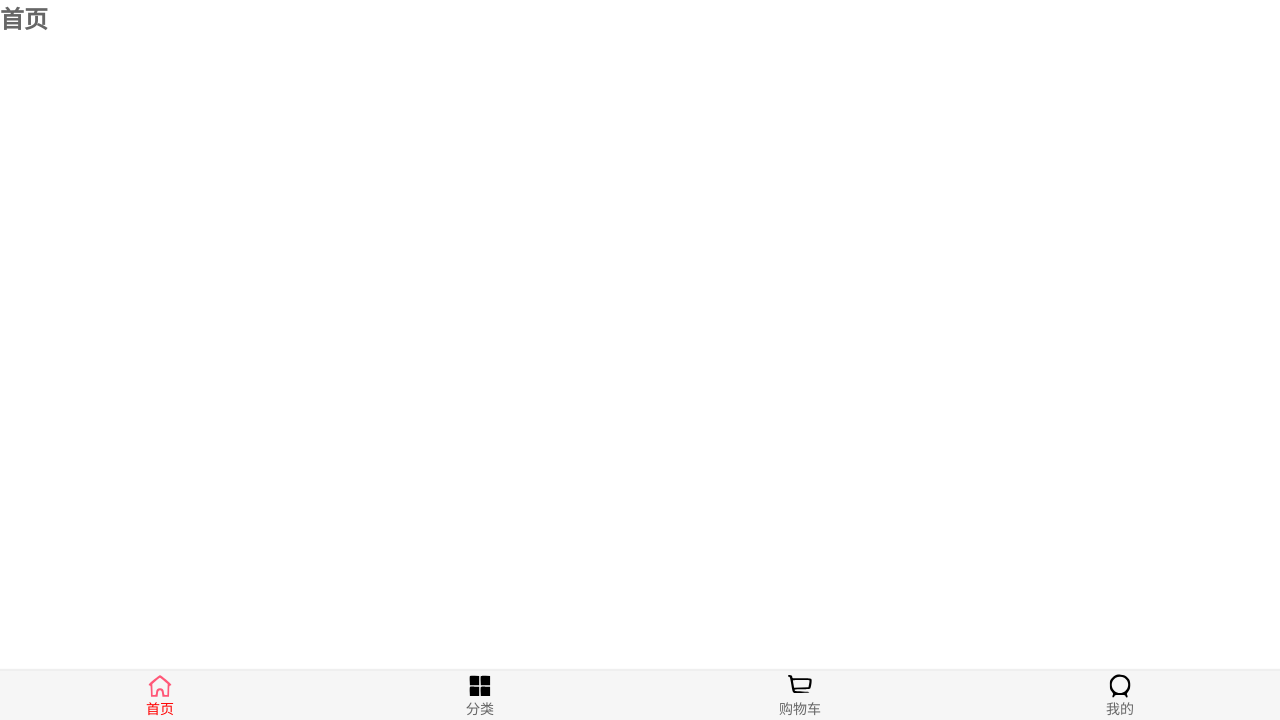
Repository: pumbaaWen/testmall
Page: /
An editor plug-in stored every save of this project. The page is shown before and after the next save, followed by the edit.
The browser window is 1280 px wide. The pictures show the whole page.
The project was rebuilt for these pictures with package versions that can differ from the ones it lists, and the page was loaded fresh each time.

Above is the page before, as saved 2021-10-26 14:26:09.

After the next save:
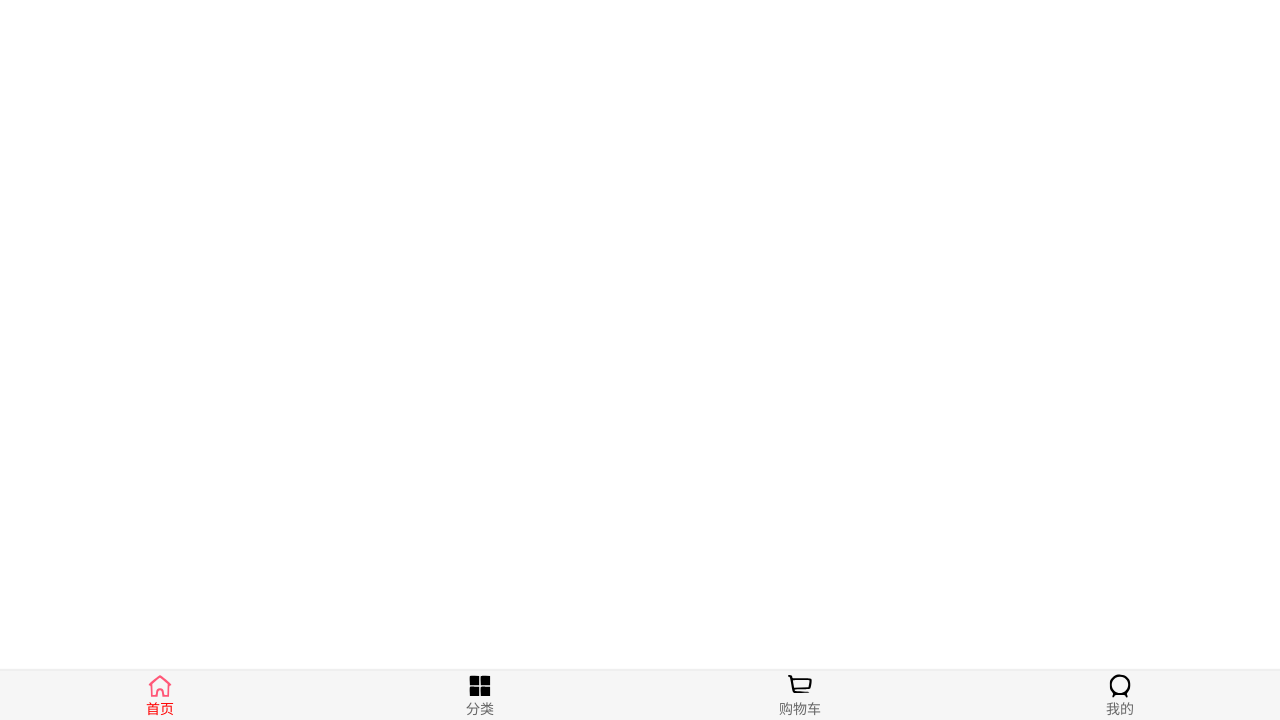
Saved 19 s later.
--- a/src/views/home/Home.vue
+++ b/src/views/home/Home.vue
@@ -1,7 +1,6 @@
 <template>
   <div>
     <nav-bar/>
-    <h2>首页</h2>
   </div>
 </template>
 
